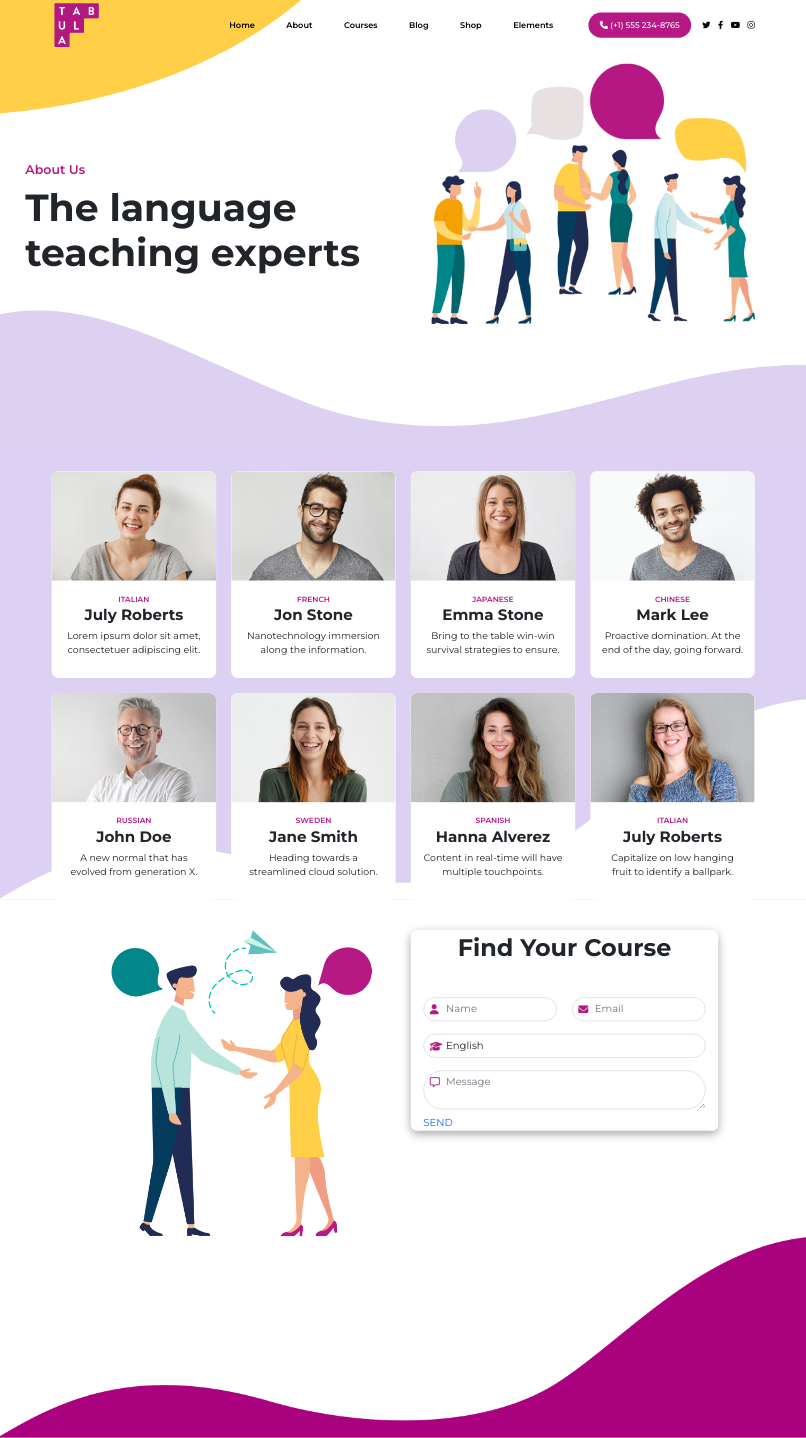
Repository: minhtrivu6199/tabula
Page: index.html
These files come from the project's save history. The page is drawn as it stood at one moment and after the next save; the edit follows.
The browser window is 1280 px wide. The pictures show the whole page, at 63% of full size.
Some web libraries are served in a nearby version. The style sheet was rebuilt from its Sass, Less or Tailwind sources for each picture, by a compiler version that may differ from the author's.

Above is the page before, as saved 2022-09-28 11:12:21.

### index.html
<!DOCTYPE html>
<html lang="en">
  <head>
    <title>Tabula</title>
    <link rel="shortcut icon" href="img/crest.png" type="image/x-icon" />
    <!-- Required meta tags -->
    <meta charset="utf-8" />
    <meta
      name="viewport"
      content="width=device-width, initial-scale=1, shrink-to-fit=no"
    />

    <!-- Font -->
    <link rel="preconnect" href="https://fonts.googleapis.com" />
    <link rel="preconnect" href="https://fonts.gstatic.com" crossorigin />
    <link
      href="https://fonts.googleapis.com/css2?family=Montserrat:wght@300;400;500;600;700&display=swap"
      rel="stylesheet"
    />

    <!-- Bootstrap CSS v5.2.0-beta1 -->
    <link
      rel="stylesheet"
      href="https://cdn.jsdelivr.net/npm/bootstrap@5.2.0/dist/css/bootstrap.min.css"
      integrity="sha384-gH2yIJqKdNHPEq0n4Mqa/HGKIhSkIHeL5AyhkYV8i59U5AR6csBvApHHNl/vI1Bx"
      crossorigin="anonymous"
    />

    <!-- FontAwesome 6.1.1 CSS -->
    <link
      rel="stylesheet"
      href="https://cdnjs.cloudflare.com/ajax/libs/font-awesome/6.1.1/css/all.min.css"
      integrity="sha512-KfkfwYDsLkIlwQp6LFnl8zNdLGxu9YAA1QvwINks4PhcElQSvqcyVLLD9aMhXd13uQjoXtEKNosOWaZqXgel0g=="
      crossorigin="anonymous"
      referrerpolicy="no-referrer"
    />

    <!-- CSS -->
    <link rel="stylesheet" href="./css/style.min.css" />
  </head>

  <body>
    <!-- HEADER -->
    <header class="header">
      <nav class="navbar navbar-expand-lg navbar-fixed-top bg-transparent p-0">
        <div class="container">
          <div class="header-left">
            <a href="" class="navbar-brand logo">
              <img src="./img/crest.png" alt="" />
            </a>
          </div>
          <div class="header-right">
            <div class="header-menu d-xs-none">
              <ul class="navbar-nav menu">
                <li class="nav-item">
                  <a href="" class="nav-link"> Home </a>
                </li>
                <li class="nav-item">
                  <a href="" class="nav-link"> About </a>
                </li>
                <li class="nav-item">
                  <a href="" class="nav-link"> Courses </a>
                </li>
                <li class="nav-item">
                  <a href="" class="nav-link"> Blog </a>
                </li>
                <li class="nav-item">
                  <a href="" class="nav-link"> Shop </a>
                </li>
                <li class="nav-item">
                  <a href="" class="nav-link"> Elements </a>
                </li>
              </ul>
            </div>
            <div class="header-right-inner">
              <div class="header-btn">
                <a href="" class="btn-default">
                  <span class="btnWidgetIcon">
                    <i class="fa fa-phone"></i>
                  </span>
                  <span class="btnWidgetText"> (+1) 555 234-8765 </span>
                </a>
              </div>
              <a href="" class="iconWidget">
                <div class="btnWidgetIcon">
                  <i class="fab fa-twitter"></i>
                </div>
              </a>
              <a href="" class="iconWidget">
                <div class="btnWidgetIcon">
                  <i class="fab fa-facebook-f"></i>
                </div>
              </a>
              <a href="" class="iconWidget">
                <div class="btnWidgetIcon">
                  <i class="fab fa-youtube"></i>
                </div>
              </a>
              <a href="" class="iconWidget">
                <div class="btnWidgetIcon">
                  <i class="fab fa-instagram"></i>
                </div>
              </a>
            </div>
          </div>
        </div>
      </nav>
    </header>
    <!-- END HEADER -->

    <!-- CONTENT WRAP -->
    <section class="contentWrap">
      <div class="contentHolder">
        <div class="contentPort">
          <div class="cell">
            <div class="cell-inner">
              <div class="row">
                <div class="col-6">
                  <div class="col-content">
                    <span class="subtitle"> About Us </span>
                    <h1 class="title">The language teaching experts</h1>
                  </div>
                </div>
                <div class="col-6">
                  <div class="col-content">
                    <div class="col-thumb">
                      <img src="./img/hero_team.png" alt="" />
                    </div>
                  </div>
                </div>
              </div>
            </div>
          </div>
        </div>
        <div class="top-img">
          <img src="./img/yellow_top_wave_01.png" alt="" />
        </div>
        <div class="bottom-img">
          <img src="./img/Violet_top_left_wave.png" alt="" />
        </div>
      </div>
    </section>
    <!-- END CONTENTWRAP -->

    <!-- CARD -->
    <section class="groupCard">
      <div class="container pt-5">
        <div class="row">
          <div class="col-lg-3 col-md-6 col-sm-6 col-12">
            <div class="card">
              <div class="card-img">
                <img src="./img/teacher_1.jpg" alt="" />
              </div>
              <div class="card-body">
                <div class="card-text">
                  <span class="subtitle"> italian </span>
                  <h3 class="teacherName">July Roberts</h3>
                  <p class="text">
                    Lorem ipsum dolor sit amet, consectetuer adipiscing elit.
                  </p>
                </div>
              </div>
            </div>
          </div>
          <div class="col-lg-3 col-md-6 col-sm-6 col-12">
            <div class="card">
              <div class="card-img">
                <img src="./img/teacher_2.jpg" alt="" />
              </div>
              <div class="card-body">
                <div class="card-text">
                  <span class="subtitle"> FRENCH </span>
                  <h3 class="teacherName">Jon Stone</h3>
                  <p class="text">
                    Nanotechnology immersion along the information.
                  </p>
                </div>
              </div>
            </div>
          </div>
          <div class="col-lg-3 col-md-6 col-sm-6 col-12">
            <div class="card">
              <div class="card-img">
                <img src="./img/teacher_3.jpg" alt="" />
              </div>
              <div class="card-body">
                <div class="card-text">
                  <span class="subtitle"> JAPANESE </span>
                  <h3 class="teacherName">Emma Stone</h3>
                  <p class="text">
                    Bring to the table win-win survival strategies to ensure.
                  </p>
                </div>
              </div>
            </div>
          </div>
          <div class="col-lg-3 col-md-6 col-sm-6 col-12">
            <div class="card">
              <div class="card-img">
                <img src="./img/teacher_4.jpg" alt="" />
              </div>
              <div class="card-body">
                <div class="card-text">
                  <span class="subtitle"> CHINESE </span>
                  <h3 class="teacherName">Mark Lee</h3>
                  <p class="text">
                    Proactive domination. At the end of the day, going forward.
                  </p>
                </div>
              </div>
            </div>
          </div>
        </div>
        <div class="row pt-4">
          <div class="col-lg-3 col-md-6 col-sm-6 col-12">
            <div class="card">
              <div class="card-img">
                <img src="./img/teacher_5.jpg" alt="" />
              </div>
              <div class="card-body">
                <div class="card-text">
                  <span class="subtitle"> RUSSIAN </span>
                  <h3 class="teacherName">John Doe</h3>
                  <p class="text">
                    A new normal that has evolved from generation X.
                  </p>
                </div>
              </div>
            </div>
          </div>
          <div class="col-lg-3 col-md-6 col-sm-6 col-12">
            <div class="card">
              <div class="card-img">
                <img src="./img/teacher_6.jpg" alt="" />
              </div>
              <div class="card-body">
                <div class="card-text">
                  <span class="subtitle"> SWEDEN </span>
                  <h3 class="teacherName">Jane Smith</h3>
                  <p class="text">
                    Heading towards a streamlined cloud solution.
                  </p>
                </div>
              </div>
            </div>
          </div>
          <div class="col-lg-3 col-md-6 col-sm-6 col-12">
            <div class="card">
              <div class="card-img">
                <img src="./img/teacher_7.jpg" alt="" />
              </div>
              <div class="card-body">
                <div class="card-text">
                  <span class="subtitle"> SPANISH </span>
                  <h3 class="teacherName">Hanna Alverez</h3>
                  <p class="text">
                    Content in real-time will have multiple touchpoints.
                  </p>
                </div>
              </div>
            </div>
          </div>
          <div class="col-lg-3 col-md-6 col-sm-6 col-12">
            <div class="card">
              <div class="card-img">
                <img src="./img/teacher_8.jpg" alt="" />
              </div>
              <div class="card-body">
                <div class="card-text">
                  <span class="subtitle"> italian </span>
                  <h3 class="teacherName">July Roberts</h3>
                  <p class="text">
                    Capitalize on low hanging fruit to identify a ballpark.
                  </p>
                </div>
              </div>
            </div>
          </div>
        </div>
      </div>
      <div class="bottom-img">
        <img src="./img/Wave_White_bottom_right_shape_01.png" alt="" />
      </div>
    </section>
    <!-- END CARD -->

    <!-- FIND COURSE -->
    <section class="findCourse">
      <div class="container pt-5">
        <div class="cell">
          <div class="cell-inner">
            <div class="row">
              <div class="col-lg-6 col-md-12">
                <div class="col-thumb">
                  <img src="./img/conatct_inner.png" alt="" />
                </div>
              </div>
              <div class="col-lg-6 col-md-12">
                <div class="col-form">
                  <form class="form" action="">
                    <span class="title"> Find Your Course </span>
                    <div class="row">
                      <div class="input-group flex-nowrap col-6 w-50">
                        <span class="input-icon">
                            <i class="fa fa-user"></i>
                        </span>
                        <input
                          type="text"
                          class="form-control"
                          placeholder="Name"
                        />
                      </div>
                      <div class="input-group flex-nowrap col-6 w-50">
                        <span class="input-icon">
                            <i class="fa fa-envelope"></i>
                        </span>
                        <input
                          type="text"
                          class="form-control"
                          placeholder="Email"
                        />
                      </div>

                      <div class="input-group">
                        <span class="input-icon">
                            <i class="fa fa-graduation-cap"></i>
                        </span>
                        <select
                          class="form-select"
                          aria-label="Default select example"
                        >
                          <option selected>English</option>
                          <option value="1">French</option>
                          <option value="2">Spanish</option>
                          <option value="3">German</option>
                        </select>
                      </div>
                      <div class="input-group">
                        <span class="input-icon">
                            <i class="fa-regular fa-message"></i>
                        </span>
                        <textarea type="text"
                          class="form-control"
                          placeholder="Message"></textarea>
                      </div>
                      <div class="input-group">
                        <a href="" class="btn-default">
                            <span>SEND</span>
                        </a>
                      </div>
                    </div>
                  </form>
                </div>
              </div>
            </div>
          </div>
        </div>
      </div>
      <div class="bottom-img">
        <img src="./img/accent_bottom_wave_01.png" alt="">
      </div>
    </section>
    <!-- Bootstrap JavaScript Libraries -->
    <script
      src="https://cdn.jsdelivr.net/npm/@popperjs/core@2.11.5/dist/umd/popper.min.js"
      integrity="sha384-Xe+8cL9oJa6tN/veChSP7q+mnSPaj5Bcu9mPX5F5xIGE0DVittaqT5lorf0EI7Vk"
      crossorigin="anonymous"
    ></script>

    <script
      src="https://cdn.jsdelivr.net/npm/bootstrap@5.2.0/dist/js/bootstrap.min.js"
      integrity="sha384-ODmDIVzN+pFdexxHEHFBQH3/9/vQ9uori45z4JjnFsRydbmQbmL5t1tQ0culUzyK"
      crossorigin="anonymous"
    ></script>
  </body>
</html>

Loaded but not shown: scss/style.scss (335 lines, source omitted)

After the next save:
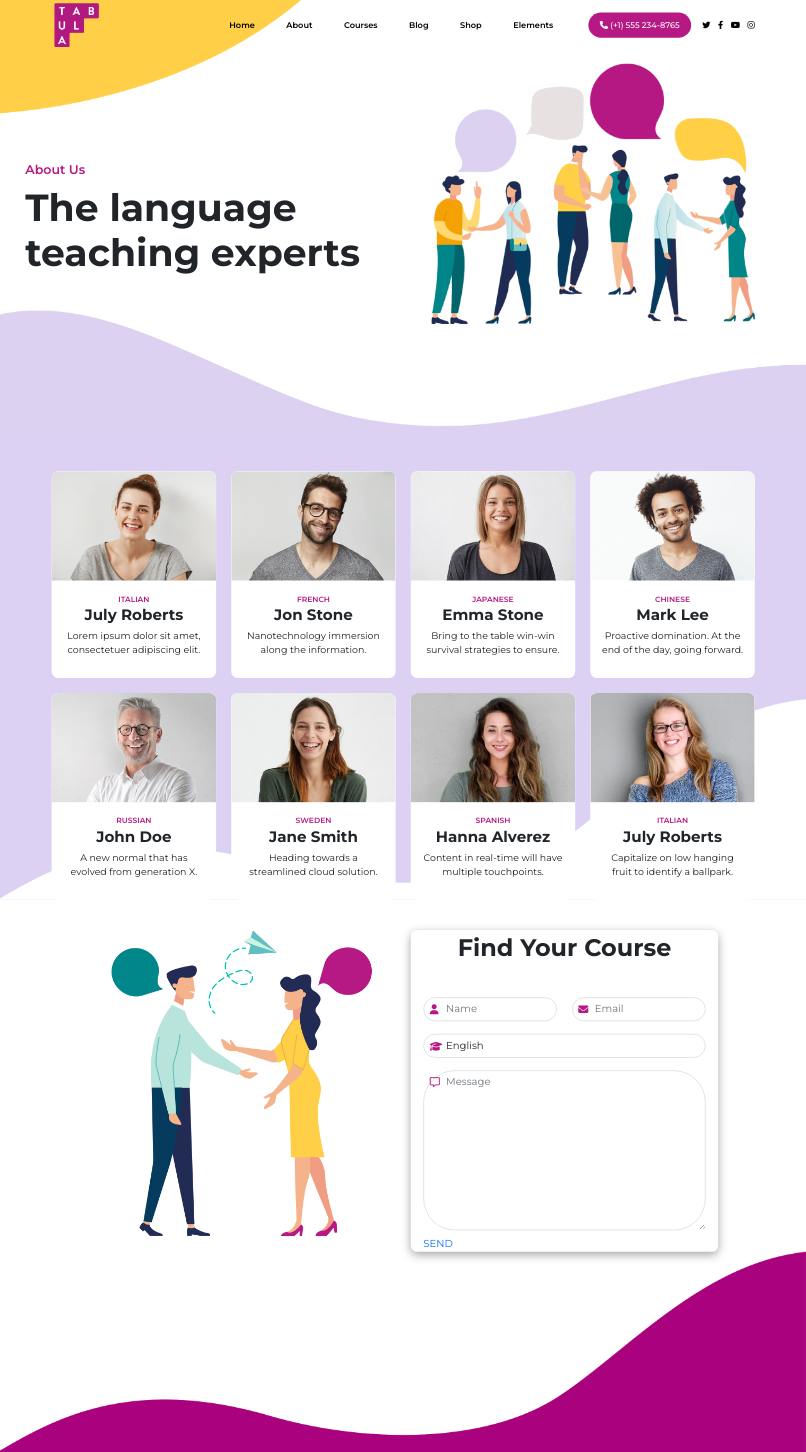
Saved 33 s later.
--- a/index.html
+++ b/index.html
@@ -339,7 +339,7 @@
                         <span class="input-icon">
                             <i class="fa-regular fa-message"></i>
                         </span>
-                        <textarea type="text"
+                        <textarea cols="40" rows="10"
                           class="form-control"
                           placeholder="Message"></textarea>
                       </div>
